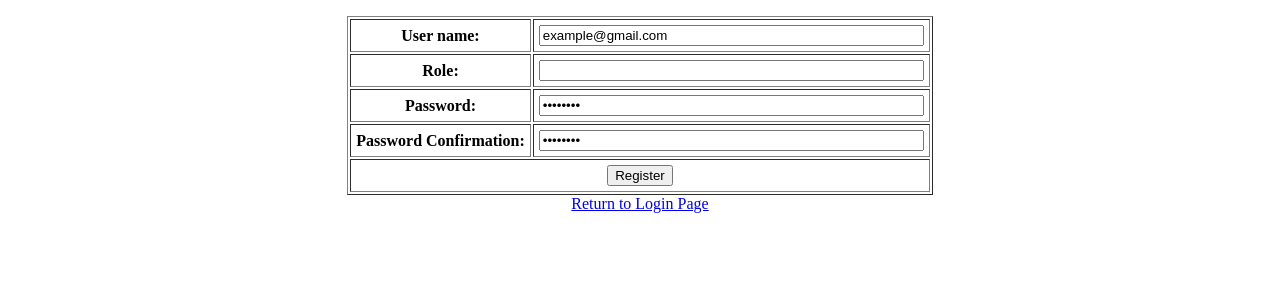
Repository: OmerMohammed123/datebase_project1
Page: http://localhost/database/register.jsp
An editor plug-in stored every save of this project. The page is shown before and after the next save, followed by the edit.
The browser window is 1280 px wide. The pictures show the whole page.
The page is served by Tomcat 9. Other server files are loaded and not shown.

Above is the page before, as saved 2023-10-26 01:33:52.

### database/WebContent/register.jsp
<%@ page language="java" contentType="text/html; charset=ISO-8859-1"
    pageEncoding="ISO-8859-1"%>
<!DOCTYPE html>
<html>
<head><title>Registration</title></head>
<body>
	<div align="center">
		<p> ${errorOne } </p>
		<p> ${errorTwo } </p>
		<form action="register">
			<table border="1" cellpadding="5">
				<tr>
					<th>User name: </th>
					<td align="center" colspan="3">
						<input type="text" name="email" size="45"  value="example@gmail.com" onfocus="this.value=''">
					</td>
				</tr>

				<tr>
					<th>Role: </th>
					<td align="center" colspan="3">
						<input type="text" name="role" size="45"  value="" onfocus="this.value=''">
					</td>
				</tr>

				<tr>
					<th>Password: </th>
					<td align="center" colspan="3">
						<input type="password" name="password" size="45" value="password" onfocus="this.value=''">
					</td>
				</tr>
				<tr>
					<th>Password Confirmation: </th>
					<td align="center" colspan="3">
						<input type="password" name="confirmation" size="45" value="password" onfocus="this.value=''">
					</td>

				</tr>
				<tr>
					<td align="center" colspan="5">
						<input type="submit" value="Register"/>
					</td>
				</tr>
			</table>
			<a href="login.jsp" target="_self">Return to Login Page</a>
		</form>
	</div>
</body>

After the next save:
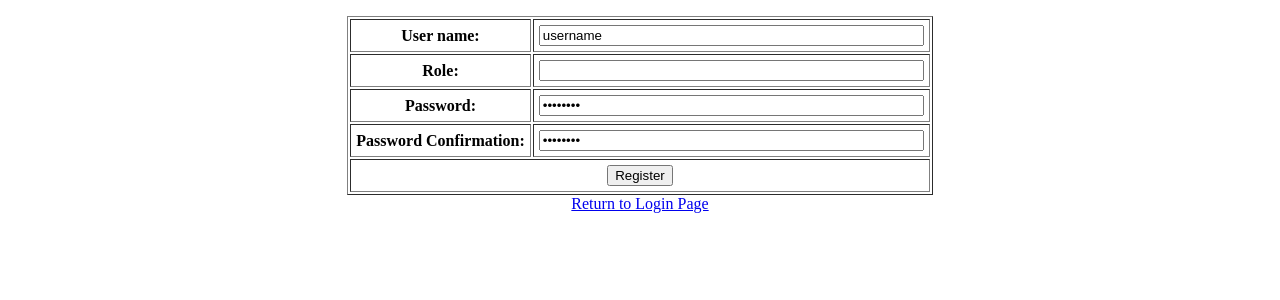
Saved 6 min 8 s later.
--- a/database/WebContent/register.jsp
+++ b/database/WebContent/register.jsp
@@ -12,7 +12,7 @@
 				<tr>
 					<th>User name: </th>
 					<td align="center" colspan="3">
-						<input type="text" name="email" size="45"  value="example@gmail.com" onfocus="this.value=''">
+						<input type="text" name="username" size="45"  value="username" onfocus="this.value=''">
 					</td>
 				</tr>
 
